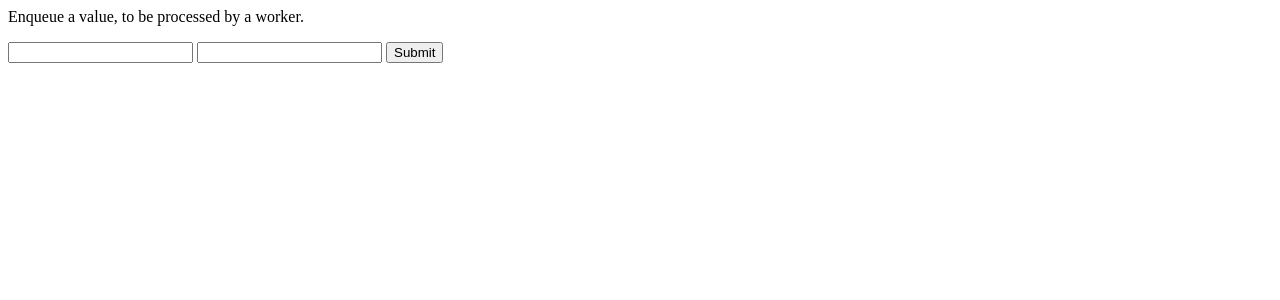
Repository: emiliebarnard/cs263project
Page: cs263testProject/src/main/webapp/task.html
These files come from the project's save history. The page is drawn as it stood at one moment and after the next save; the edit follows.
The browser window is 1280 px wide. The pictures show the whole page.

Above is the page before, as saved 2014-10-17 00:17:32.

After the next save:
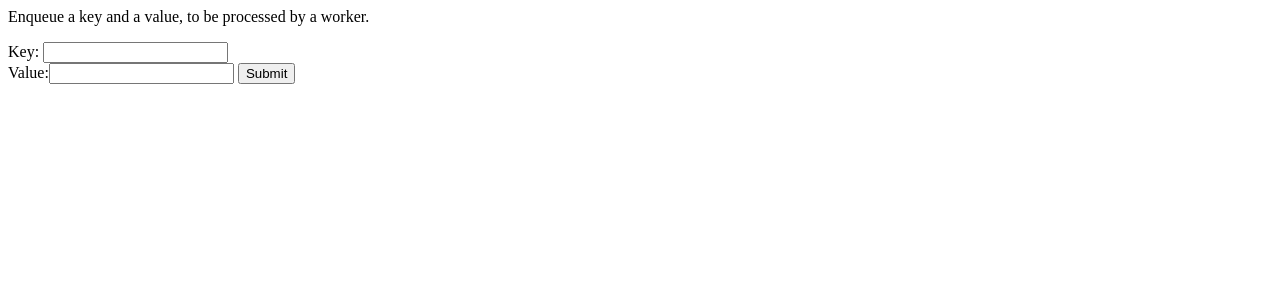
Saved 79 s later.
--- a/cs263testProject/src/main/webapp/task.html
+++ b/cs263testProject/src/main/webapp/task.html
@@ -1,10 +1,10 @@
 <!-- A basic index.html file served from the "/" URL. -->
 <html>
   <body>
-    <p>Enqueue a value, to be processed by a worker.</p>
+    <p>Enqueue a key and a value, to be processed by a worker.</p>
     <form action="/enqueue" method="post">
-      <input type="text" name="key">
-      <input type="text" name="value">
+      Key: <input type="text" name="key"><br>
+      Value:<input type="text" name="value">
       <input type="submit">
     </form>
   </body>
